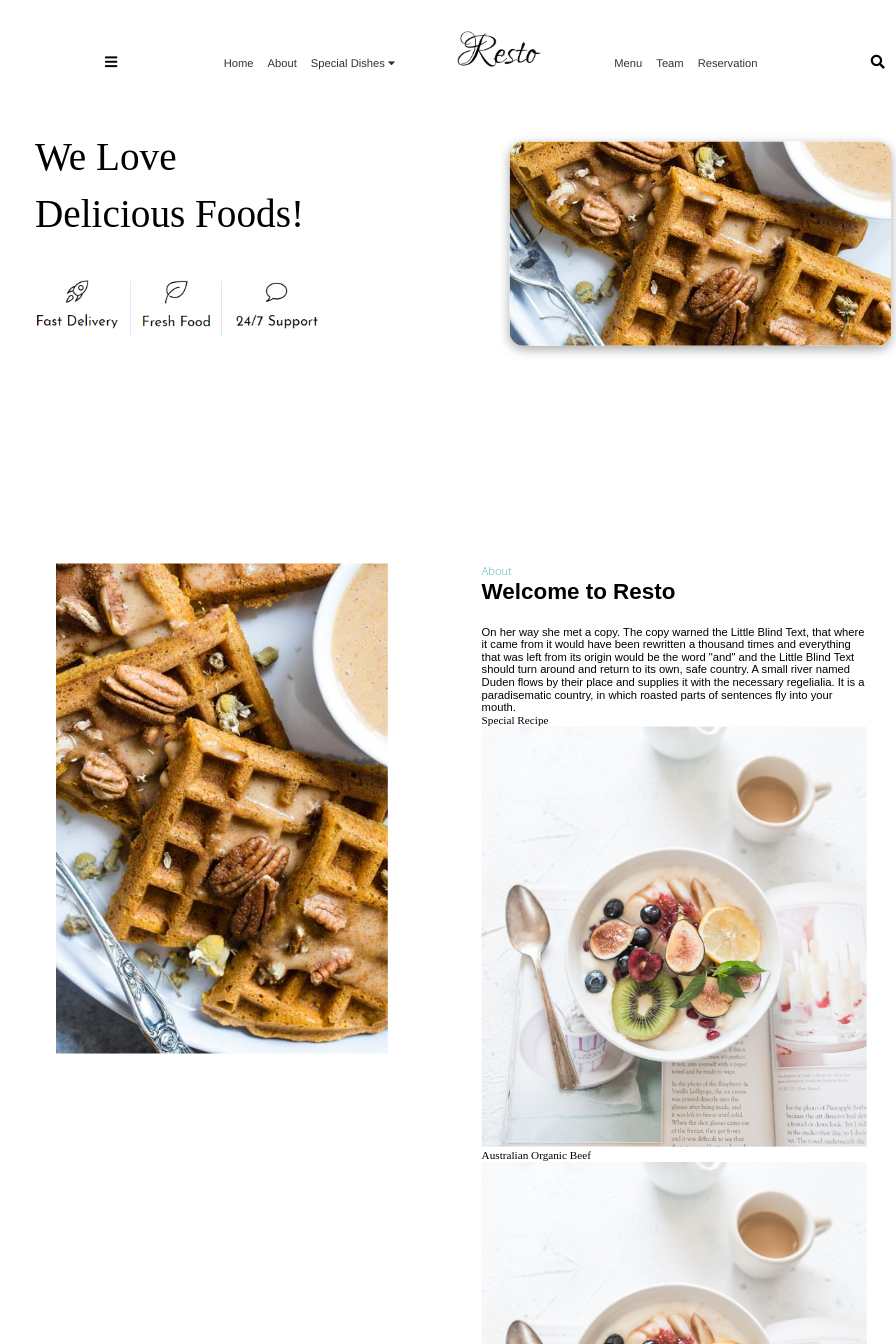
Repository: nguyenanhtuanHDU/myrestaurant
Page: index.html
The author's editor kept a copy of each file at every save. The page is drawn from the files as they stood at one save, then again after a run of saves.
The browser window is 1280 px wide. The pictures show the part of the page from y = 0 to 1920 px (the page is 2904 px tall), at 70% of full size.

Above is the page before, as saved 2022-02-01 02:01:07.

### index.html
<!DOCTYPE html>
<html lang="en">
<head>
    <meta charset="UTF-8">
    <meta http-equiv="X-UA-Compatible" content="IE=edge">
    <meta name="viewport" content="width=device-width, initial-scale=1.0">
    <link rel="stylesheet" href="./assets/style.css">
    <link rel="stylesheet" href="./assets/icon/fontawesome-free-5.15.4-web/css/all.css">
    <link rel="stylesheet" href="./assets/main.js">
    <link rel="stylesheet" href="./aos/aos.css">
    <title>Resto</title>

</head>
<body>
    <div id="main">
        <div id="header">

            <i class="fas fa-bars" ></i>

            <ul id="nav_1" >
                <li><a href="">Home</a></li>
                <li><a href="">About</a></li>
                <li>
                <a href="">
                    Special Dishes
                    <i class="fas fa-caret-down"></i>
                </a>
                <ul class="subnav_1">
                    <li><a href="">
                        <i class="fas fa-angle-right"></i>
                        Beef Steak Sauce
                    </a></li>
                    <li><a href="">
                        <i class="fas fa-angle-right"></i>
                        Salmon Zucchini
                    </a></li>
                </ul>
                </li>
            </ul>

            <img src="./assets/image/logo.png" alt="" class="img_header" >

            <div id="nav_2">
                <ul>
                    <li><a href="">Menu</a></li>
                    <li><a href="">Team</a></li>
                    <li><a href="">Reservation</a></li>
                </ul>
            </div>

            <i class="fas fa-search"></i>

        </div>

        <div id="introduce">

            <div class="content">
                <h1 class="content_heading1">We Love</h1>
                <h1 class="content_heading2">Delicious Foods!</h1>
                <div class="list_content">
                    <img src="/assets/image/Content/1.png" alt="" class="img_content">
                    <img src="/assets/image/Content/2.png" alt="" class="img_content">
                    <img src="/assets/image/Content/3.png" alt="" class="img_content">

                </div>

                <div class="slider_dish">
                    <img class="img_dish" src="./assets/image/hero-1.jpg" >
                    <img class="img_dish" src="./assets/image/hero-2.jpg" >
                    <img class="img_dish" src="./assets/image/hero-3.jpg" >
                </div>
            </div>



            <div class="about">
                <img src="./assets/image/hero-2.jpg" alt="" class="img_about">
                <div class="about_content">
                    <div class="about_heading">About</div>
                    <div class="about_title">Welcome to Resto </div>
                    <div class="content_para">On her way she met a copy. The copy warned the Little Blind Text, that where it came from it would have been rewritten a thousand times and everything that was left from its origin would be the word "and" and the Little Blind Text should turn around and return to its own, safe country. A small river named Duden flows by their place and supplies it with the necessary regelialia. It is a paradisematic country, in which roasted parts of sentences fly into your mouth.

                    </div>

                    <div class="about_dish">
                        <div class="dish_title">Special Recipe </div>
                        <div class="list_dish">
                            <div class="dish_items">
                                <img src="./assets/image/hero-1.jpg" alt="" class="dish_img">
                                <div class="dish_name">Australian Organic Beef</div>
                            </div>
                            <div class="dish_items">
                                <img src="./assets/image/hero-1.jpg" alt="" class="dish_img">
                                <div class="dish_name">Australian Organic Beef</div>
                            </div>
                            <div class="dish_items">
                                <img src="./assets/image/hero-1.jpg" alt="" class="dish_img">
                                <div class="dish_name">Australian Organic Beef</div>
                            </div>

                        </div>
                    </div>
                </div>
            </div>
        </div>

        <div id="special">

        </div>

        <div id="menu">

        </div>

        <div id="team">

        </div>

        <div id="book">

        </div>

        <div id="footer">

        </div>
    </div>


    <script src="./assets/main.js">

    </script>
    <script src="./aos/aos.js">
        AOS.init();

    </script>


</body>
</html>

### assets/style.css
*{
    margin: 0;
    padding: 0;
    box-sizing: border-box;
}

#header{

    margin-top: 45px;
    margin-left: 150px;
}
#header .fa-bars:hover{
    color: #45b8ac;
    cursor: pointer;
    transform: rotate(360deg);
    transition: .6s ease;
}
#header .fa-bars{
    display: inline-block;
    margin-right: 140px;
    font-size: 20px;
}
#header .fa-search{
    font-size: 20px;
    margin-left: 150px;
}
#header .fa-search:hover{
    color: #45b8ac;
    cursor: pointer;
    font-size: 30px;
    transition: 0.4s ease;
}
#nav_1{
    display: inline-block;

}
#nav_1 > li {
    display: inline-block;
    position: relative;
}
#nav > li:hover{
    display: block;
}

#nav_1 > li > a {
    position: relative;
    font-family: Helvetica, Arial, sans-serif;
    opacity: 0.8;
    display: block;
    color: black;
    text-decoration: none;
    padding: 6px 8px;
}
#nav_1 > li > a:before {
    content: '';
    position: absolute;
    bottom: 0;
    left: 0;
    background-color: #45b8ac;
    height: 3px;
    width: 0%;
    transition: 0.6s ease ;
}
#nav_1 > li > a:hover:before {
    width: 100%;
}
#nav_1 li:hover .subnav_1{
    display: block;
    animation: subnav-1 1s ease ;
}
@keyframes subnav-1{
    0%{
        opacity: 0;
        left: 100px;
    }
    50%{
        left: -20px;
    }
    100%{
        left: 0;
    }

}
.subnav_1{
    position: absolute;
    top: 30px;
    opacity: 1;
    width: 162px;
    display: none;
    z-index: 2;
    overflow: hidden;
    border-top-right-radius: 19px;
    border-bottom-right-radius: 19px;
    box-shadow: rgba(0, 0, 0, 0.35) 0px 5px 15px;
}
.subnav_1 li{
    display: block;
}
.subnav_1 li a:hover{
    background-color: #45b8ac;
    color: white;
}
.subnav_1 li a{
    position: relative;
    font-family: Helvetica, Arial, sans-serif;
    opacity: 0.8;
    color: black;
    text-decoration: none;
    padding: 6px 8px;
    display: block;
}
.subnav_1 li a:before{
    content: '';
    position: absolute;
    top: 0;
    left: 0;
    background-color: #45b8ac;
    height: 100%;
    width: 0%;
    z-index: -1;
}
.subnav_1 li a:hover:before{
    color: white;
}



.img_header{
    width: 117.25px;
    height: 50px;
    margin-left: 78px;
    margin-right: 94px;
}
#nav_2{
    display: inline-block;
}
#nav_2 li {
    display: inline-block;
}

#nav_2 li a {
    position: relative;
    text-decoration: none;
    color: black;
    font-family: Helvetica, Arial, sans-serif;
    opacity: 0.8;
    padding: 6px 8px;
}
#nav_2 li a:before {
    content: '';
    position: absolute;
    bottom: 0;
    left: 0;
    background-color: #45b8ac;
    height: 3px;
    width: 0%;
    transition: 0.6s ease;
}
#nav_2 li a:hover:before {
    width: 100%;
}
#introduce{
    position: relative;
    height: 2000px;
}
.content{
    position: absolute;
    top: 86px;
    left: 50px;
}
.content_heading1{
    font-size: 3.5rem;
    font-weight: 300;
    line-height: 1.2;
}
.content_heading2{
    font-size: 3.5rem;
    font-weight: 300;
    line-height: 1.2;
    padding-top: 14px;
    padding-bottom: 59px;
}
.slider_dish{

}
.img_dish{
    position: absolute;
    width: 545px;
    height: 292px;
    object-fit: cover;
    top: 11px;
    left: 167%;
    box-shadow: rgba(0, 0, 0, 0.35) 0px 5px 15px;
    border-radius: 20px;
}
.about{
    position: absolute;
    top: 700px;
}
.img_about{
    width: 474px;
    height: 700px;
    object-fit: cover;
    margin-left: 80px;
}
.about_content{
    position: absolute;
    top: 0;
    left: 43em;
}
.about_heading{
    color: #45b8ac;
    font-family: 'Open Sans',sans-serif;
    font-weight: 300;
}
.about_title{
    font-family: 'Josefin Sans',sans-serif;
    font-weight: 700;
    font-size: 32px;
    margin-bottom: 30px;
}
.content_para{
    font-family: 'Josefin Sans',sans-serif;
    fo
}

### assets/main.js

var myIndex = 0;
        carousel();

        function carousel() {
          var i;
          var x = document.getElementsByClassName("img_dish");
          for (i = 0; i < x.length; i++) {
            x[i].style.display = "none";
          }
          myIndex++;
          if (myIndex > x.length) {myIndex = 1}
          x[myIndex-1].style.display = "block";
          setTimeout(carousel, 3000);
        }

Loaded but not shown: assets/icon/fontawesome-free-5.15.4-web/css/all.css (library); aos/aos.css (library); aos/aos.js (library)

After the next 2 saves:
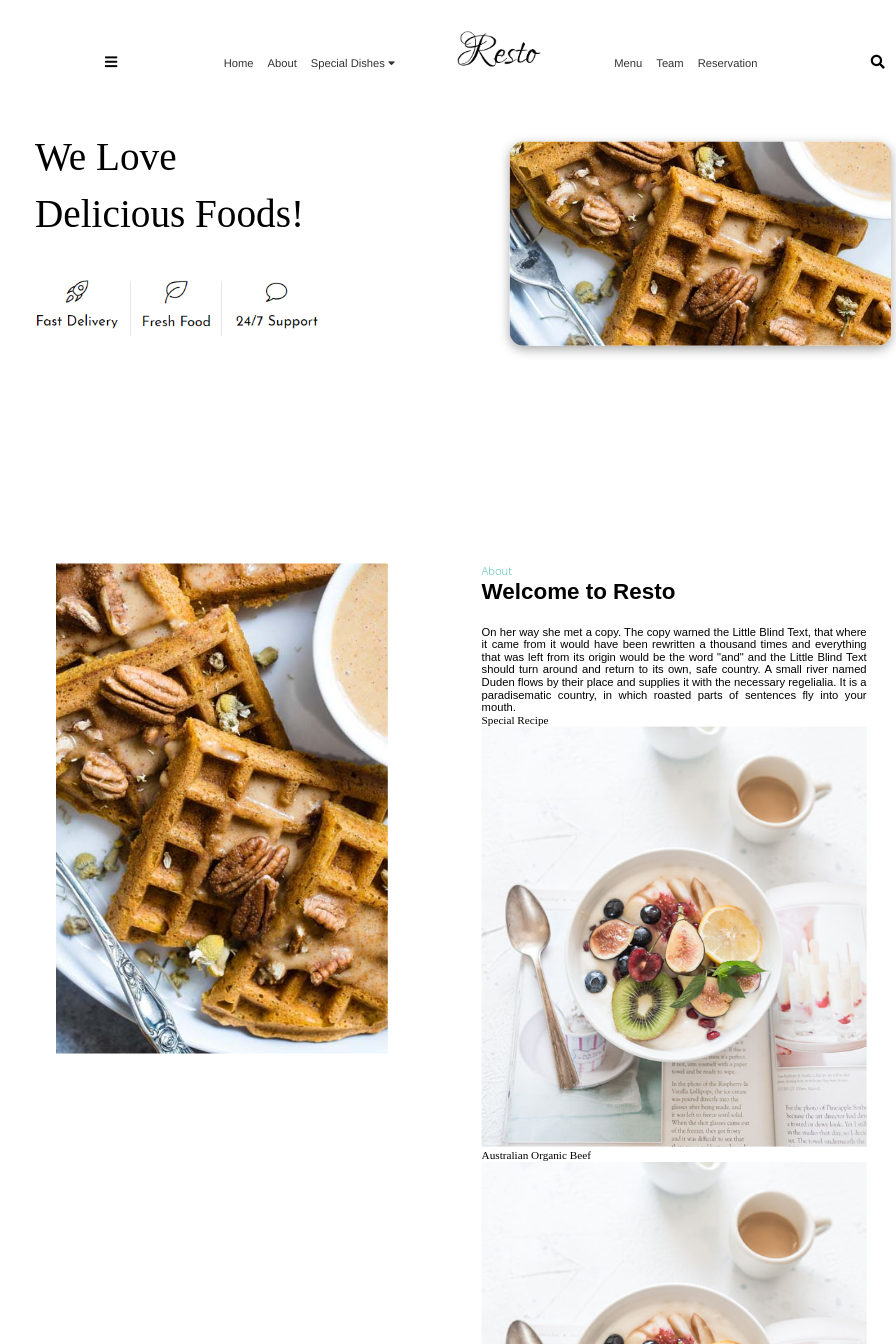
The 2 saves are shown as one change because they came seconds apart.
The last was saved 7 s later.
--- a/assets/style.css
+++ b/assets/style.css
@@ -221,5 +221,5 @@
 }
 .content_para{
     font-family: 'Josefin Sans',sans-serif;
-    fo
-}
+    text-align: justify;
+}
